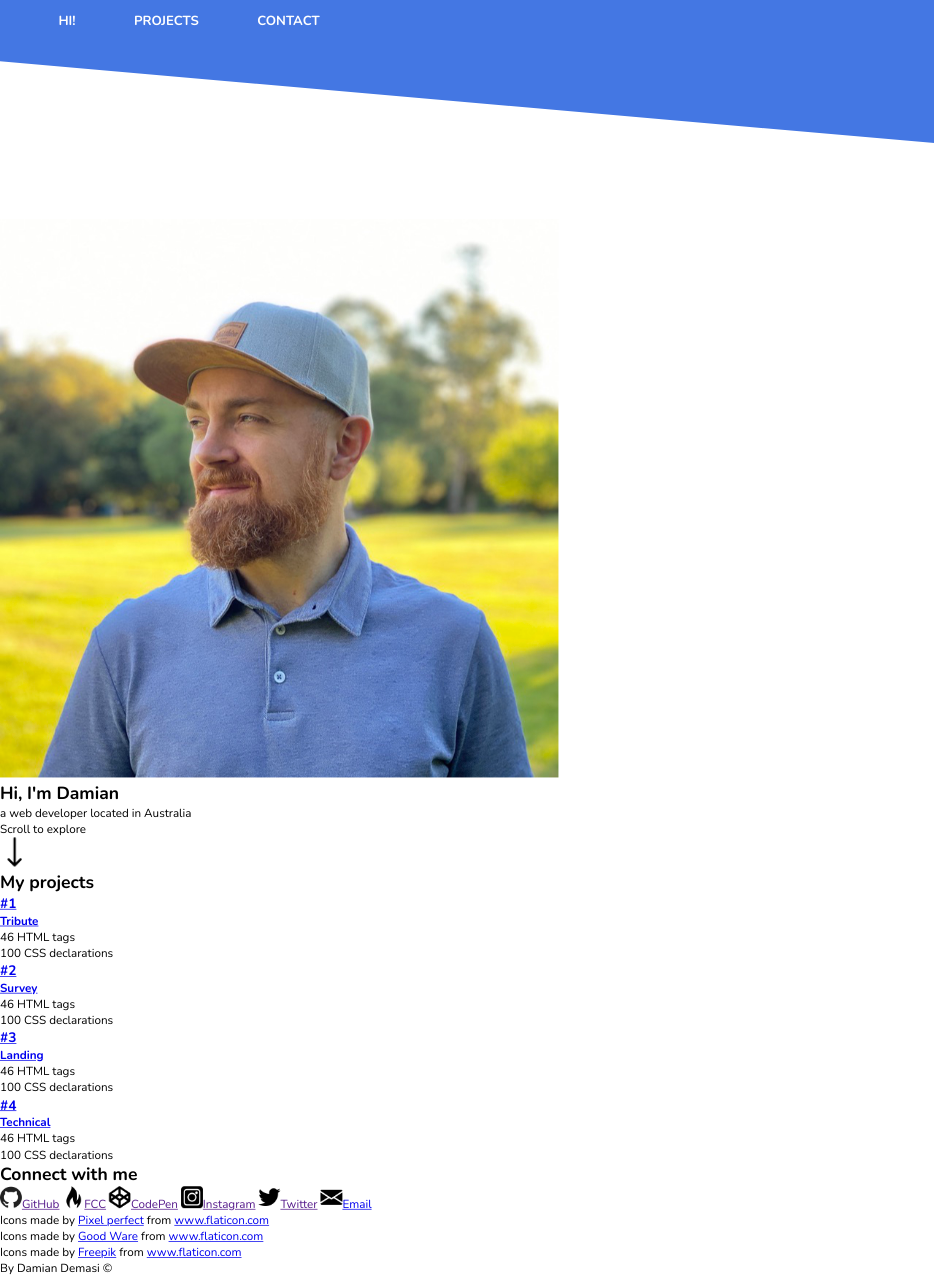
Repository: Colo-Codes/freecodecamp-05-Personal-Portfolio-Webpage
Page: index.html
An editor plug-in stored every save of this project. The page is shown before and after the next save, followed by the edit.
The browser window is 1280 px wide. The pictures show the whole page, at 73% of full size.

Above is the page before, as saved 2021-06-03 11:24:53.

After the next save:
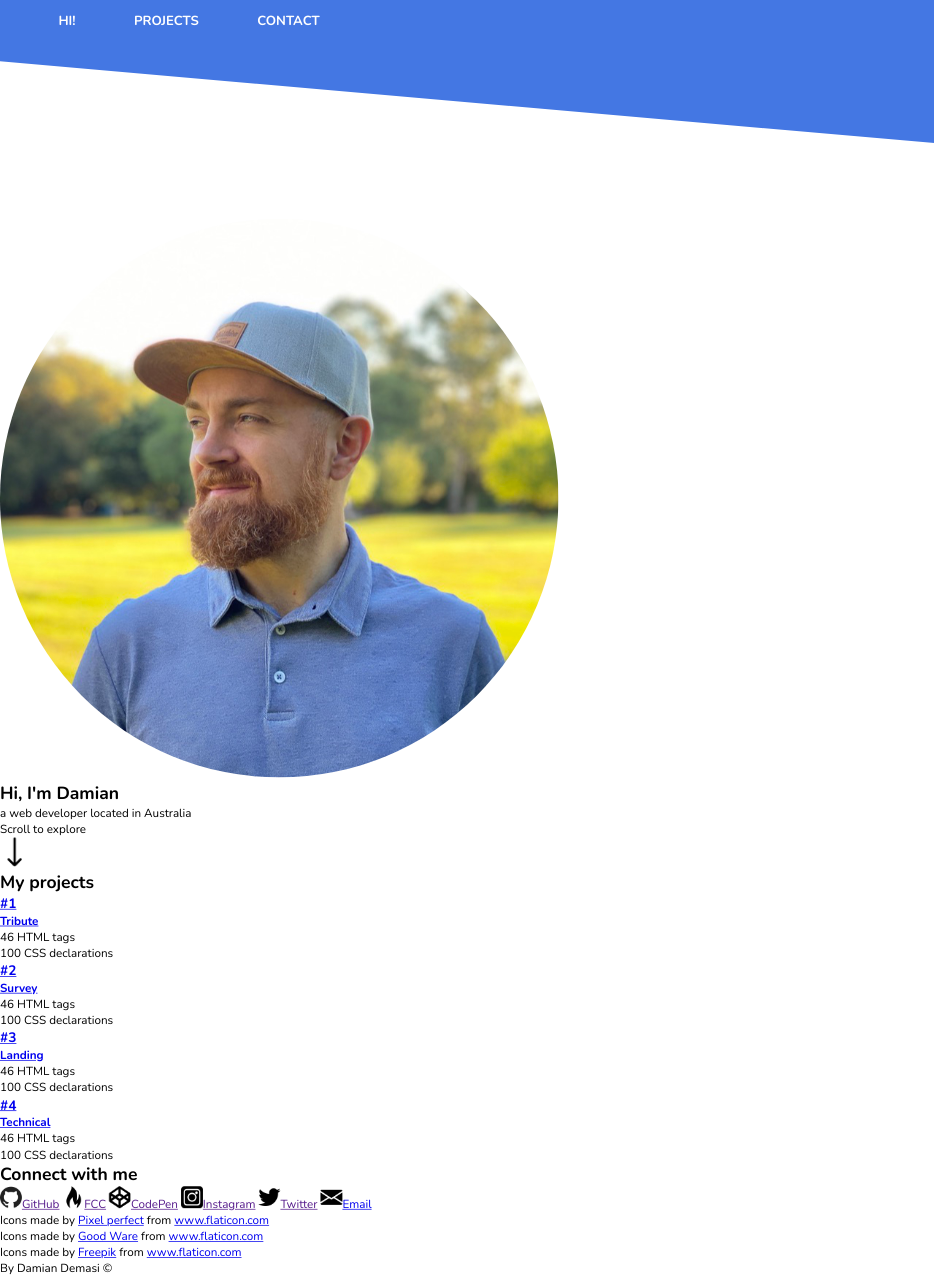
Saved 2 min 9 s later.
--- a/css/index.css
+++ b/css/index.css
@@ -49,4 +49,12 @@ body {
     color: white;
 }
 
-/* Header */
+/* Hero */
+
+#welcome-section {
+
+}
+
+#top-layer img {
+    border-radius: 100%;
+}
